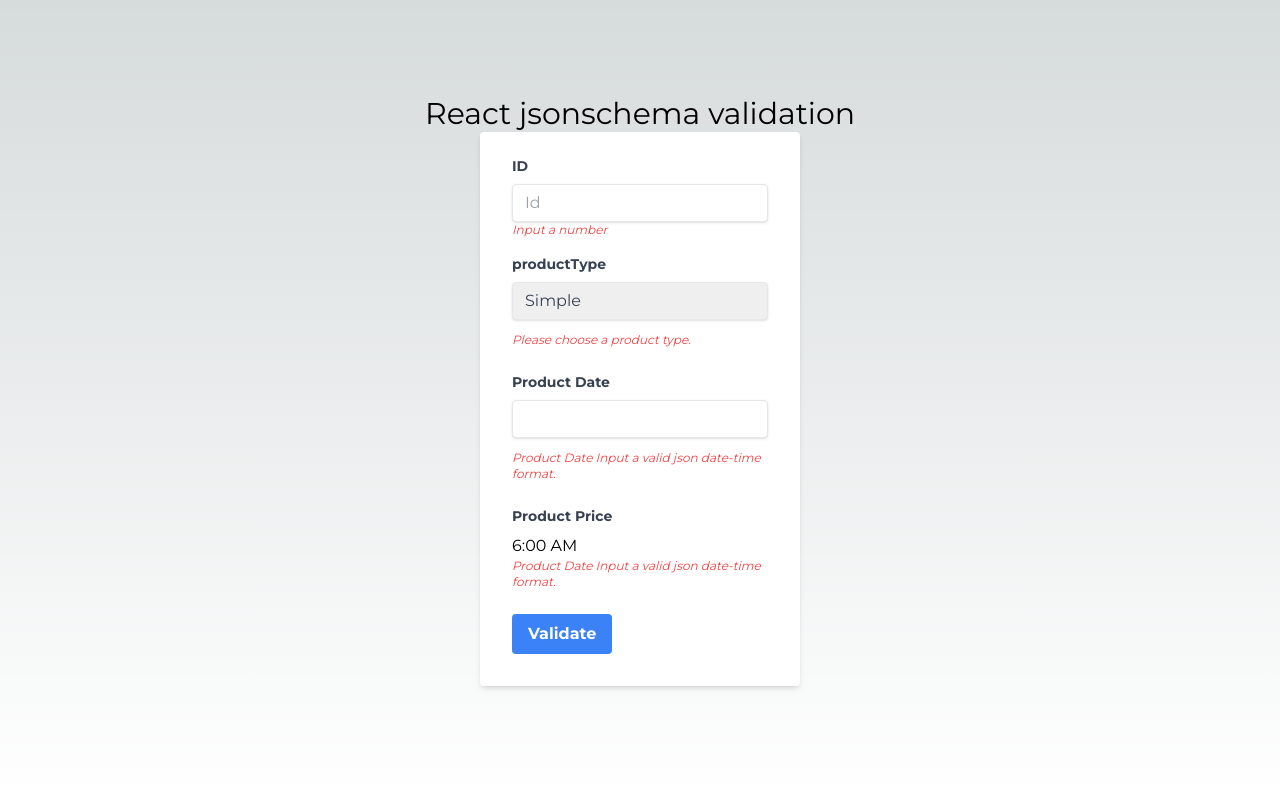
Repository: rajsenthil/react-jsonschema-validation
Page: /
These files come from the project's save history. The page is drawn as it stood at one moment and after the next save; the edit follows.
The browser window is 1280 px wide. The pictures show the whole page.
The page's requests for data from a server got no answer. The project was rebuilt for these pictures with package versions that can differ from the ones it lists, and the page was loaded fresh each time. The framework's server and built-in components were replaced by stand-ins that run in the browser. No one was signed in, and anything a server would have sent is missing. Also part of the build but not shown: next.config.js.

Above is the page before, as saved 2023-09-13 11:20:47.

### pages/index.tsx
import Image from 'next/image'
import { Montserrat } from 'next/font/google'
import { useEffect, useState } from 'react'
import { useForm } from 'react-hook-form'
import { yupResolver } from '@hookform/resolvers/yup'
import * as Yup from 'yup'

const montserrat = Montserrat({ subsets: ['latin'] })

export default function Home() {
  const [schema, setSchema] = useState()
  const [yupSchema, setYupSchema] = useState()
  const [formOptions, setFormOptions] = useState<any>()

  const config = {
    // for error messages...
    errMessages: {
      id: {
        required: 'An ID is required',
      },
      productType: {
        required: 'Product Type is required',
        format:
          'Simple, Configurable, Grouped, Virtual, Bundle are valid values',
      },
      product_date: {
        required: 'Product date is required',
        type: 'Product date must be of date-time format',
        format: 'Product date must be of date-time format',
      },
      productPrice: {
        required: 'Product Price is required',
      },
    },
  }
  // const { buildYup } = require('schema-to-yup')
  useEffect(() => {
    const res = fetch(`/product-schema`)
      .then((data: any) => {
        console.log(data)
        setSchema(data)
        // const ySchema = buildYup(schema, config)
        // setYupSchema(ySchema)
        const validationSchema = Yup.object().shape(data)
        const tempOptions = { resolver: yupResolver(validationSchema) }
        setFormOptions(tempOptions)
      })
      .catch((err) => {
        console.log(err)
      })
  }, [])

  // get functions to build form with useForm() hook
  const { register, handleSubmit, reset, formState } = useForm(formOptions)
  const { errors } = formState

  function onSubmit(data: any) {
    // display form data on success
    alert('SUCCESS!! :-)\n\n' + JSON.stringify(data, null, 4))
    return false
  }

  return (
    <main
      className={`flex min-h-screen flex-col items-center justify-between p-24 ${montserrat.className}`}
    >
      <div className='text-base lg:text-3xl md:text-lg sm:text-sm'>
        React jsonschema validation
      </div>
      <div className='w-full max-w-xs'>
        <form className='bg-white shadow-md rounded px-8 pt-6 pb-8 mb-4'>
          <div className='mb-4'>
            <label className='block text-gray-700 text-sm font-bold mb-2'>
              ID
            </label>
            <input
              className='shadow appearance-none border rounded w-full py-2 px-3 text-gray-700 leading-tight focus:outline-none focus:shadow-outline'
              id='id'
              type='text'
              placeholder='Id'
            />
            <p className='text-red-500 text-xs italic'>Input a number</p>
          </div>
          <div className='mb-6'>
            <label className='block text-gray-700 text-sm font-bold mb-2'>
              productType
            </label>
            <select
              className='shadow appearance-none border rounded w-full py-2 px-3 text-gray-700 mb-3 leading-tight focus:outline-none focus:shadow-outline'
              id='productType'
            >
              <option value='Simple'>Simple</option>
              <option value='Configurable'>Configurable</option>
              <option value='Grouped'>Grouped</option>
              <option value='Virtual'>Virtual</option>
              <option value='Bundle'>Bundle</option>
            </select>
            <p className='text-red-500 text-xs italic'>
              Please choose a product type.
            </p>
          </div>
          <div className='mb-6'>
            <label className='block text-gray-700 text-sm font-bold mb-2'>
              Product Date
            </label>
            <input
              className='shadow appearance-none border rounded w-full py-2 px-3 text-gray-700 mb-3 leading-tight focus:outline-none focus:shadow-outline'
              id='productDate'
            />
            <p className='text-red-500 text-xs italic'>
              Product Date Input a valid json date-time format.
            </p>
          </div>
          <div className='mb-6'>
            <label className='block text-gray-700 text-sm font-bold mb-2'>
              Product Price
            </label>
            {/* <input
              className='shadow appearance-none border rounded w-full py-2 px-3 text-gray-700 mb-3 leading-tight focus:outline-none focus:shadow-outline'
              id='productDate'
            /> */}
            <time id='productDate'  dateTime='2022-01-22T06:00'>
              6:00 AM
            </time>
            <p className='text-red-500 text-xs italic'>
              Product Date Input a valid json date-time format.
            </p>
          </div>
          <div className='flex items-center justify-between'>
            <button
              className='bg-blue-500 hover:bg-blue-700 text-white font-bold py-2 px-4 rounded focus:outline-none focus:shadow-outline'
              type='button'
            >
              Validate
            </button>
          </div>
        </form>
      </div>
    </main>
  )
}

Loaded but not shown: pages/_app.tsx (common file); pages/_document.tsx (common file); styles/globals.css (common file); tailwind.config.ts (common file)

After the next save:
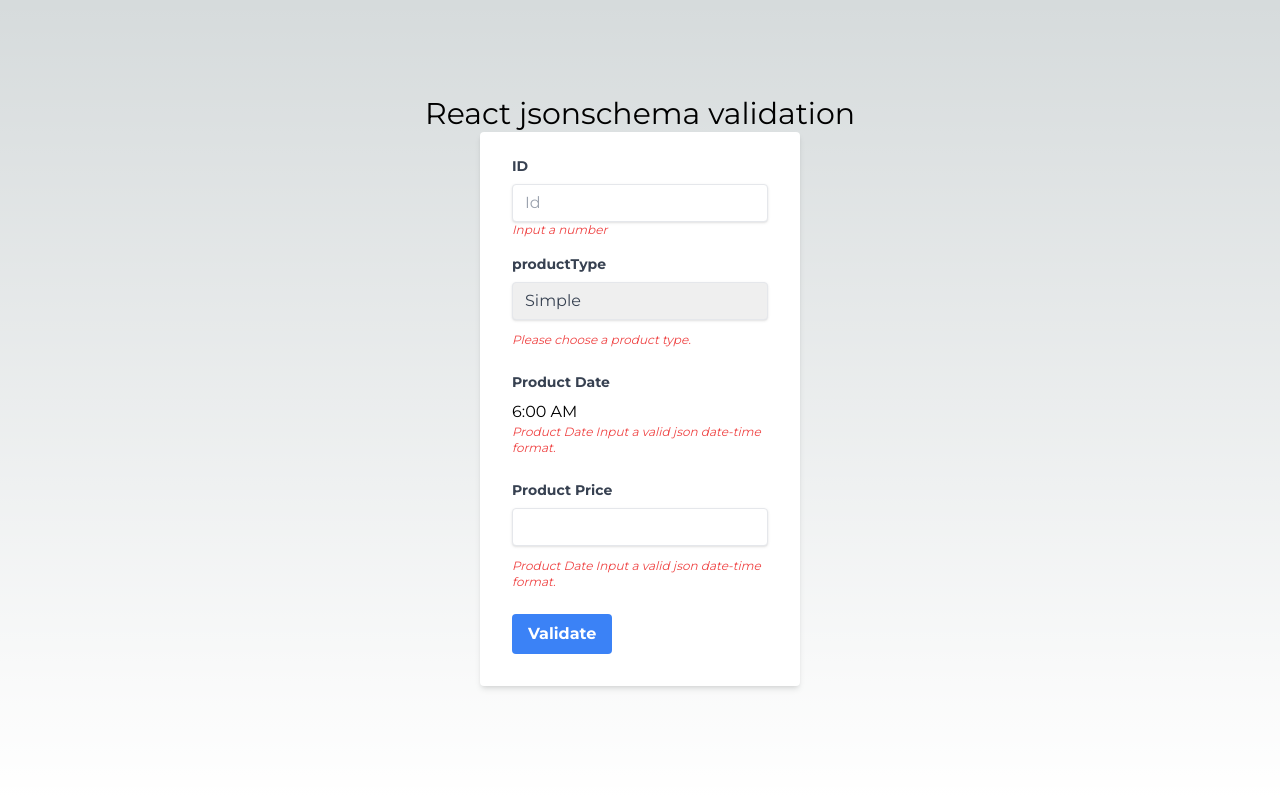
Saved 61 s later.
--- a/pages/index.tsx
+++ b/pages/index.tsx
@@ -103,10 +103,13 @@ export default function Home() {
             <label className='block text-gray-700 text-sm font-bold mb-2'>
               Product Date
             </label>
-            <input
+            {/* <input
               className='shadow appearance-none border rounded w-full py-2 px-3 text-gray-700 mb-3 leading-tight focus:outline-none focus:shadow-outline'
               id='productDate'
-            />
+            /> */}
+            <time id='productDate' dateTime='2022-01-22T06:00'>
+              6:00 AM
+            </time>
             <p className='text-red-500 text-xs italic'>
               Product Date Input a valid json date-time format.
             </p>
@@ -115,13 +118,10 @@ export default function Home() {
             <label className='block text-gray-700 text-sm font-bold mb-2'>
               Product Price
             </label>
-            {/* <input
+            <input
               className='shadow appearance-none border rounded w-full py-2 px-3 text-gray-700 mb-3 leading-tight focus:outline-none focus:shadow-outline'
               id='productDate'
-            /> */}
-            <time id='productDate'  dateTime='2022-01-22T06:00'>
-              6:00 AM
-            </time>
+            />
             <p className='text-red-500 text-xs italic'>
               Product Date Input a valid json date-time format.
             </p>
